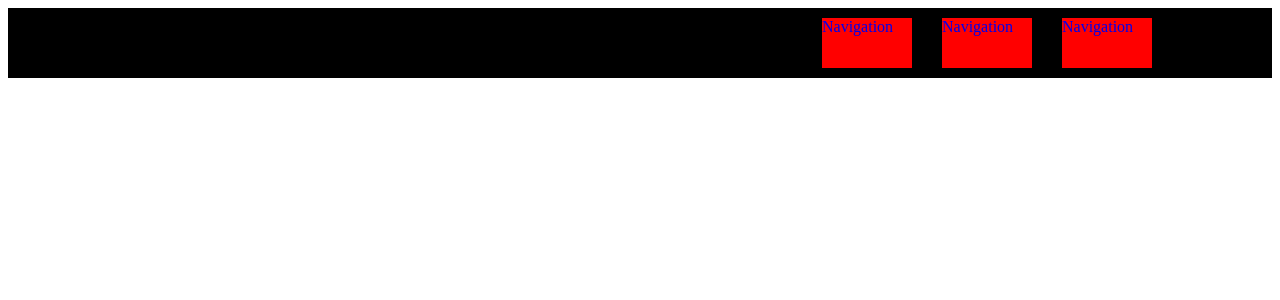
Repository: piotrokrutniak/Projekt-Studia
Page: index.html
These files come from the project's save history. The page is drawn as it stood at one moment and after the next save; the edit follows.
The browser window is 1280 px wide. The pictures show the whole page.

Above is the page before, as saved 2023-03-04 02:41:20.

### index.html
<!DOCTYPE html>
<head>
    <meta charset="UTF-8" />
    <meta http-equiv="X-UA-Compatible" content="IE=edge" />
    <meta name="viewport" content="width=device-width, initial-scale=1.0" />
    <link rel="stylesheet" type="text/css" href="styles.css" />
    <title>Website Title</title>
</head>
<body>
    <div class="navbar-container">
        <div class="navbar">
            <div class="logo">WebsiteLogo</div>
            <div class="navigation">
                <a href="/index" class="navigation-link">
                    <div class="navigation-button">
                        Navigation
                    </div>
                </a>
                <a href="/index" class="navigation-link">
                    <div class="navigation-button">
                        Navigation
                    </div>
                </a>
                <a href="/index" class="navigation-link">
                    <div class="navigation-button">
                        Navigation
                    </div>
                </a>
            </div>
        </div>
    </div>
</body>

### styles.css
.navbar-container{
    width: 100%;
    height: 70px;
    background: black;
    position: sticky;
    top: 0;
}

.navbar{
    position: relative;
    max-width: 1024px;
    min-width: 328px;
    top: 0px;
    margin: auto;
    display: flex;
    flex-direction:row;
    justify-content: space-between;
        top: 50%;
    -ms-transform: translateY(-50%);
    transform: translateY(-50%);

}

a{
    text-decoration: none;
}

.navigation-link{
    position: relative;
    background: red;
    height: 50px;

}

.navigation-link:hover{
    border-bottom: 2px solid;
    border-color: aqua;

}

.navigation{
    display: grid;
    grid-template-columns: 90px 90px 90px;
    grid-gap: 30px;
    align-content: center;
}

.logo{
    height: 50px;
}

After the next save:
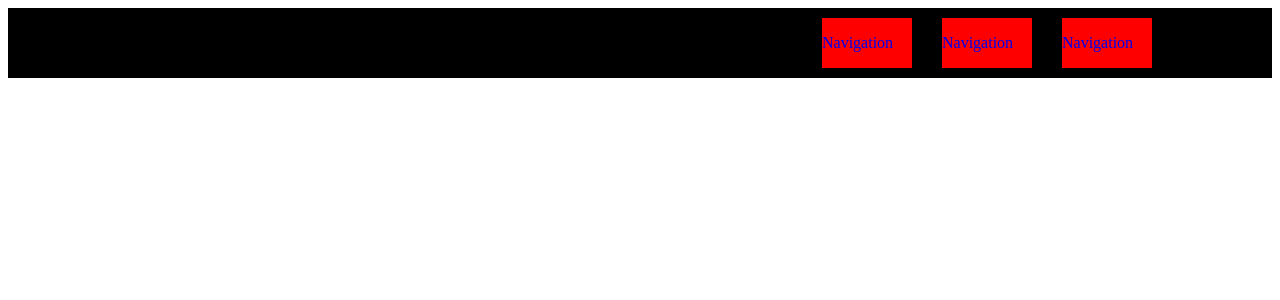
Saved 6 s later.
--- a/styles.css
+++ b/styles.css
@@ -29,7 +29,7 @@ a{
     position: relative;
     background: red;
     height: 50px;
-
+    align-content: center;
 }
 
 .navigation-link:hover{
@@ -42,7 +42,7 @@ a{
     display: grid;
     grid-template-columns: 90px 90px 90px;
     grid-gap: 30px;
-    align-content: center;
+
 }
 
 .logo{

After the save that followed:
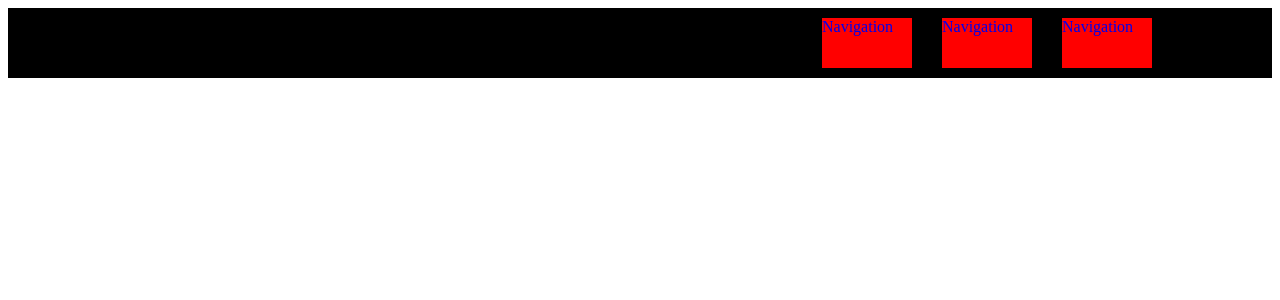
Saved 5 s later.
--- a/styles.css
+++ b/styles.css
@@ -29,7 +29,7 @@ a{
     position: relative;
     background: red;
     height: 50px;
-    align-content: center;
+
 }
 
 .navigation-link:hover{
